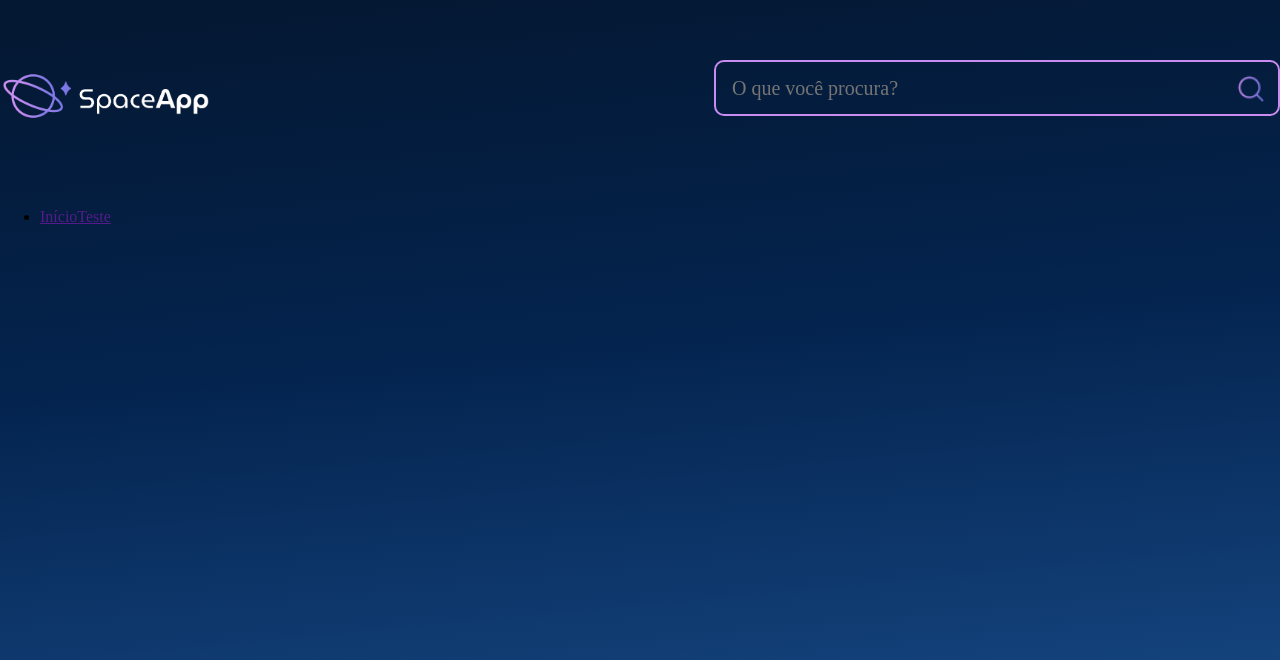
Repository: humbertobrasileiro/space-app
Page: /
These files come from the project's save history. The page is drawn as it stood at one moment and after the next save; the edit follows.
The browser window is 1280 px wide. The pictures show the whole page.
The project was rebuilt for these pictures with package versions that can differ from the ones it lists, and the page was loaded fresh each time. Also part of the build but not shown: vite.config.js.

Above is the page before, as saved 2025-02-26 21:25:52.

After the next save:
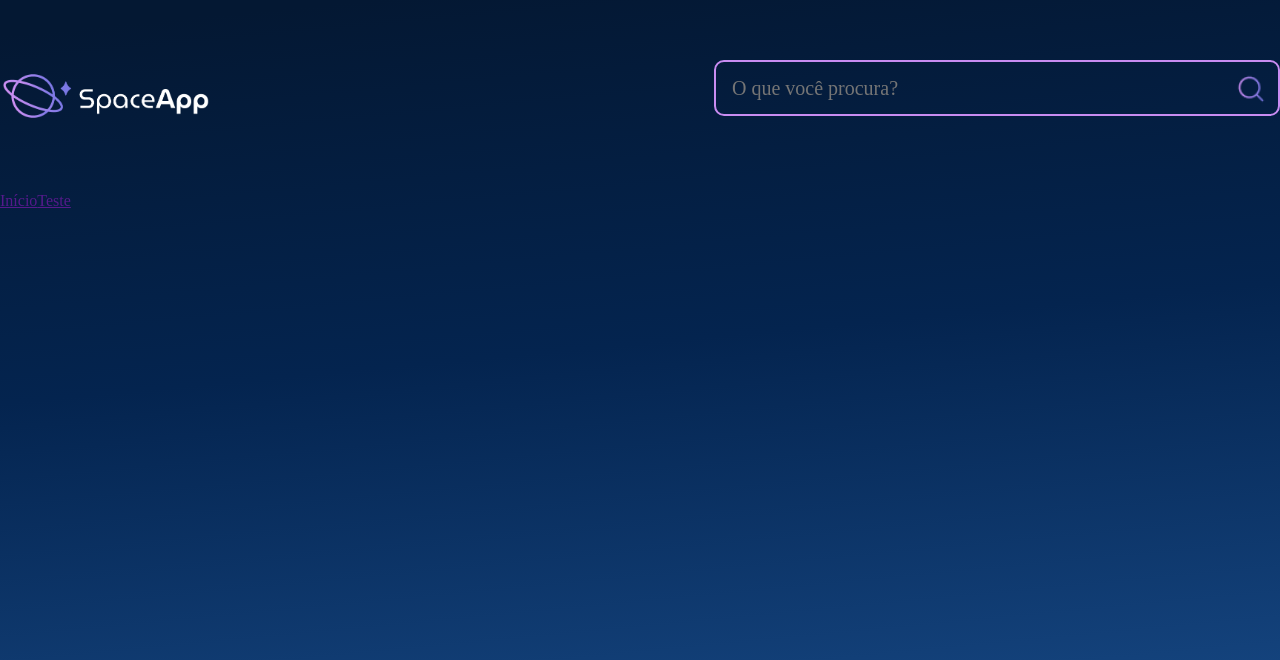
Saved 31 s later.
--- a/src/componentes/BarraLateral/index.jsx
+++ b/src/componentes/BarraLateral/index.jsx
@@ -1,7 +1,9 @@
 import styled from 'styled-components'
 
 const ListaEstilizada = styled.ul`
-
+  list-style: none;
+  padding: 0;
+  margin: 0;
 `
 
 const BarraLateral = () => {
